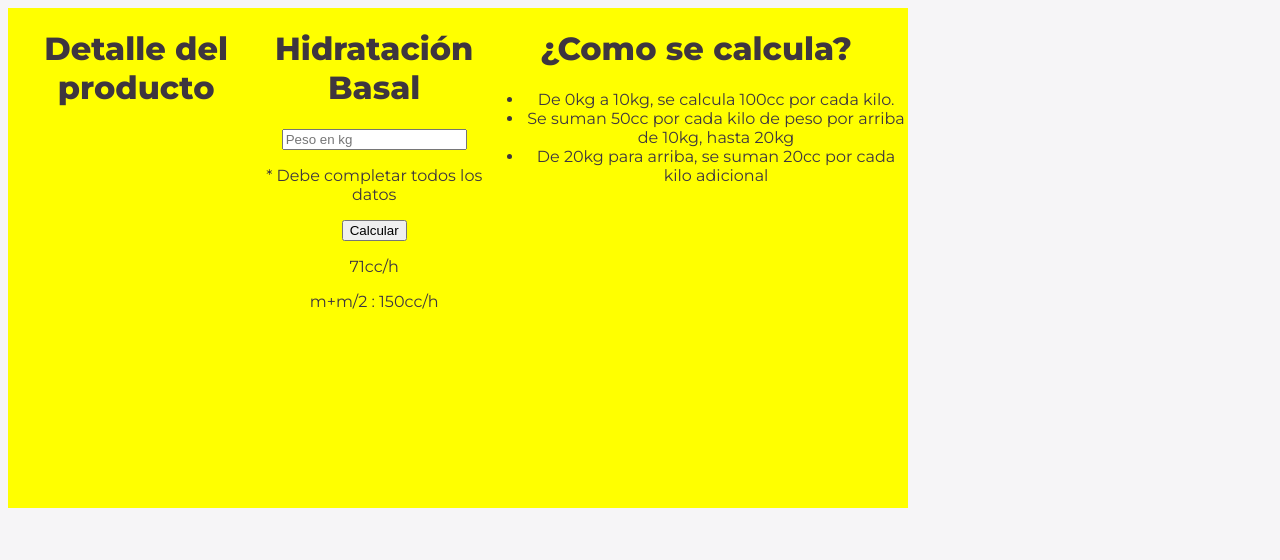
Repository: Fredy452/calculadora_basal
Page: index.html
The author's editor kept a copy of each file at every save. The page is drawn from the files as they stood at one save, then again after the next save.
The browser window is 1280 px wide. The pictures show the whole page.

Above is the page before, as saved 2023-04-21 07:22:03.

After the next save:
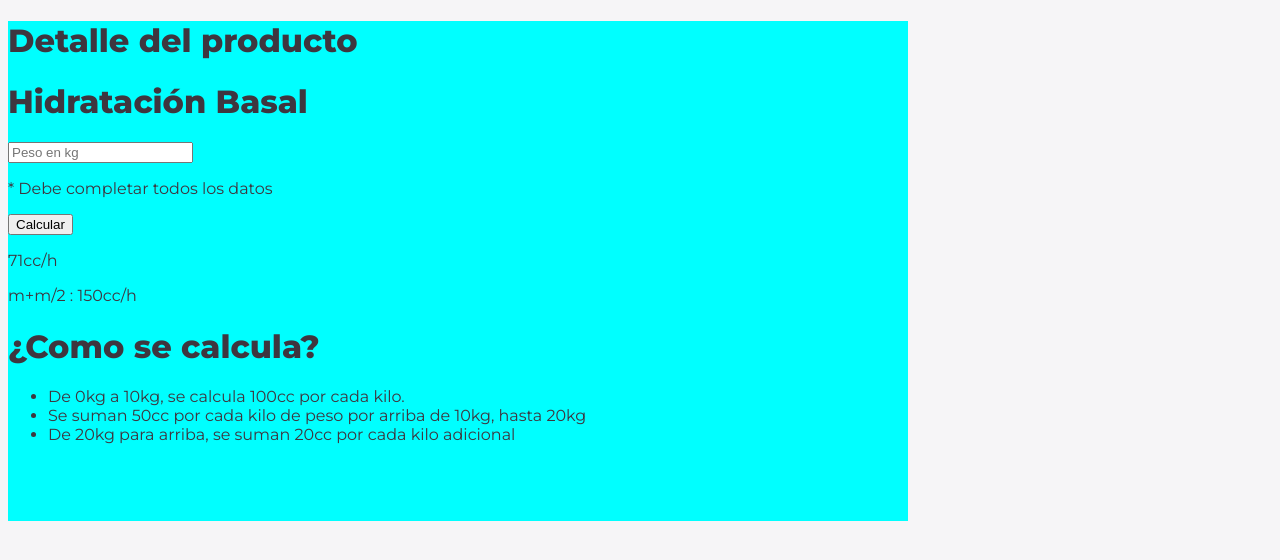
Saved 30 s later.
--- a/style.css
+++ b/style.css
@@ -8,10 +8,6 @@ body{
 #contenedor{
     width: 900px;
     height: 500px;
-    background: yellow;
-    text-align: center;
-    margin: o auto;
-    display: flex;
-    justify-content: center;
+    background-color: aqua;
 
 }
